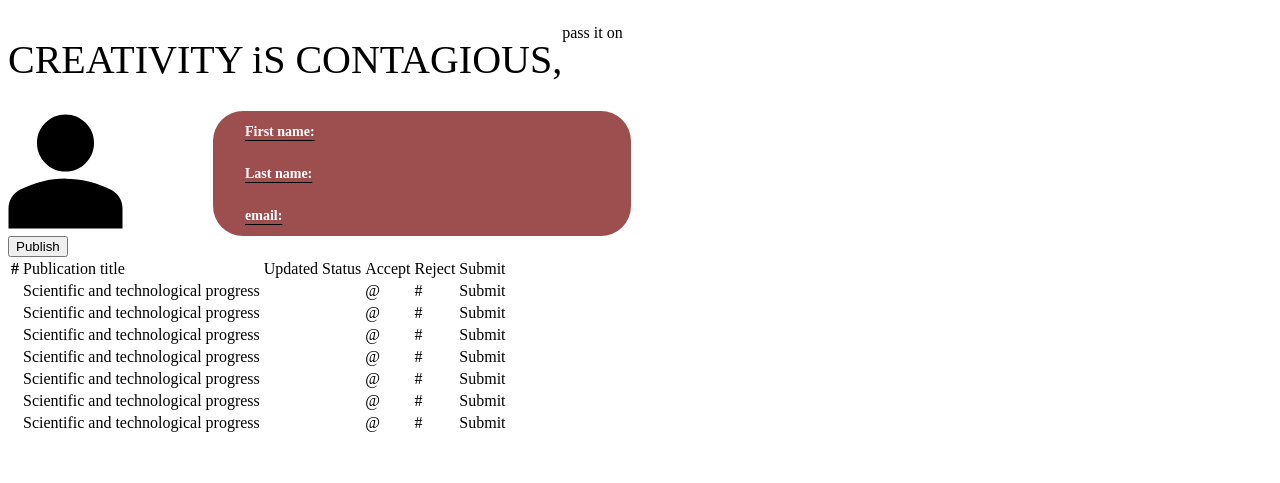
Repository: ceo-of-albeni/articles
Page: /
An editor plug-in stored every save of this project. The page is shown before and after the next save, followed by the edit.
The browser window is 1280 px wide. The pictures show the whole page.
The project was rebuilt for these pictures with package versions that can differ from the ones it lists, and the page was loaded fresh each time.

Above is the page before, as saved 2023-05-10 23:37:02.

### public/index.html
<!DOCTYPE html>
<html lang="en">
  <head>
    <meta charset="UTF-8" />
    <meta http-equiv="X-UA-Compatible" content="IE=edge" />
    <meta name="viewport" content="width=device-width, initial-scale=1.0" />
    <link rel="icon" href="%PUBLIC_URL%/favicon.ico" />
    <title>Scientist's room</title>
  </head>
  <body>
    <div id="root"></div>
  </body>
</html>

### src/App.js
import React from "react";
import Reviewer from "./reviewer's profil/reveiwer";

const App = () => {
  return (
    <>
      <div>
        <Reviewer/>
      </div>
    </>
  )
};

export default App;

### src/reviewer's profil/reveiwer.jsx
import "./reviewer.css";

export default function Reviewer() {
    return (
        <>
            <section className="reviewer_section">
                <div className="reviewer_thema">
                    <p className="upper ">CREATIVITY iS CONTAGIOUS,</p> <p className="lower text-3xl font-bold underline">pass it on</p>
                </div>
                <div className="reviewer_user">
                    <div className="user_logo">
                        <svg width="115" height="115" viewBox="0 0 115 115" fill="none" xmlns="http://www.w3.org/2000/svg">
                        <path d="M57.5 57.5C49.6625 57.5 42.9531 54.7094 37.3719 49.1281C31.7906 43.5469 29 36.8375 29 29C29 21.1625 31.7906 14.4531 37.3719 8.87188C42.9531 3.29063 49.6625 0.5 57.5 0.5C65.3375 0.5 72.0469 3.29063 77.6281 8.87188C83.2094 14.4531 86 21.1625 86 29C86 36.8375 83.2094 43.5469 77.6281 49.1281C72.0469 54.7094 65.3375 57.5 57.5 57.5ZM0.5 114.5V94.55C0.5 90.5125 1.54025 86.8004 3.62075 83.4136C5.70125 80.0269 8.461 77.4453 11.9 75.6688C19.2625 71.9875 26.7437 69.2254 34.3438 67.3824C41.9438 65.5394 49.6625 64.6202 57.5 64.625C65.3375 64.625 73.0563 65.5465 80.6562 67.3895C88.2562 69.2325 95.7375 71.9922 103.1 75.6688C106.544 77.45 109.306 80.034 111.386 83.4207C113.467 86.8075 114.505 90.5173 114.5 94.55V114.5H0.5Z" fill="black"/>
                        </svg>
                    </div>
                    <div className="user_data">
                        <p>First name:</p>
                        <p>Last name:</p>
                        <p>email:</p>
                    </div>
                </div>
                <div className="button_publish">
                    <button>
                        Publish
                    </button>
                </div>
                <div className="table">
                    <table>
                        <tr>
                            <th>#</th>
                            <td>Publication title </td>
                            <td>Updated</td>
                            <td>Status</td>
                            <td>Accept</td>
                            <td>Reject</td>
                            <td>Submit</td>
                        </tr>
                        <tr>
                            <td></td>
                            <td>Scientific and technological progress</td>
                            <td></td>
                            <td></td>
                            <td>@</td>
                            <td>#</td>
                            <td>Submit</td>
                        </tr>
                        <tr>
                            <td></td>
                            <td>Scientific and technological progress</td>
                            <td></td>
                            <td></td>
                            <td>@</td>
                            <td>#</td>
                            <td>Submit</td>
                        </tr>
                        <tr>
                            <td></td>
                            <td>Scientific and technological progress</td>
                            <td></td>
                            <td></td>
                            <td>@</td>
                            <td>#</td>
                            <td>Submit</td>
                        </tr>
                        <tr>
                            <td></td>
                            <td>Scientific and technological progress</td>
                            <td></td>
                            <td></td>
                            <td>@</td>
                            <td>#</td>
                            <td>Submit</td>
                        </tr>
                        <tr>
                            <td></td>
                            <td>Scientific and technological progress</td>
                            <td></td>
                            <td></td>
                            <td>@</td>
                            <td>#</td>
                            <td>Submit</td>
                        </tr>
                        <tr>
                            <td></td>
                            <td>Scientific and technological progress</td>
                            <td></td>
                            <td></td>
                            <td>@</td>
                            <td>#</td>
                            <td>Submit</td>
                        </tr>
                        <tr>
                            <td></td>
                            <td>Scientific and technological progress</td>
                            <td></td>
                            <td></td>
                            <td>@</td>
                            <td>#</td>
                            <td>Submit</td>
                        </tr>
                    </table>
                </div>
            </section>
        </>
    )
}

### src/reviewer's profil/reviewer.css
.reviewer_section .reviewer_thema {
  display: flex;
  text-align: center;
}
.reviewer_section .reviewer_thema .upper {
  font-family: Esteban;
  font-size: 40px;
  font-weight: 400;
  line-height: 23px;
  letter-spacing: 0em;
  text-align: center;
  font-family: Mr De Haviland;
  font-size: 65px;
  font-weight: 400;
  line-height: 23px;
  letter-spacing: 0em;
  text-align: center;
  font-family: Gabriela;
  font-size: 40px;
  font-weight: 400;
  line-height: 23px;
  letter-spacing: 0em;
  text-align: center;
}
.reviewer_section .reviewer_user {
  display: flex;
  align-items: center;
  gap: 90px;
}
.reviewer_section .reviewer_user .user_data {
  width: 418px;
  height: 125px;
  left: 274px;
  top: 274px;
  background: #9D4F4F;
  border-radius: 30px;
  display: flex;
  flex-direction: column;
  justify-content: center;
}
.reviewer_section .reviewer_user .user_data p {
  padding-left: 32px;
  font-family: Muller;
  font-size: 14px;
  font-weight: 700;
  line-height: 14px;
  letter-spacing: 0em;
  text-align: left;
  color: white;
  text-decoration: underline;
  text-underline-offset: 0.3em;
  text-decoration-color: black;
}/*# sourceMappingURL=reviewer_20230510233702.css.map */

Loaded but not shown: src/index.js (common file)

After the next save:
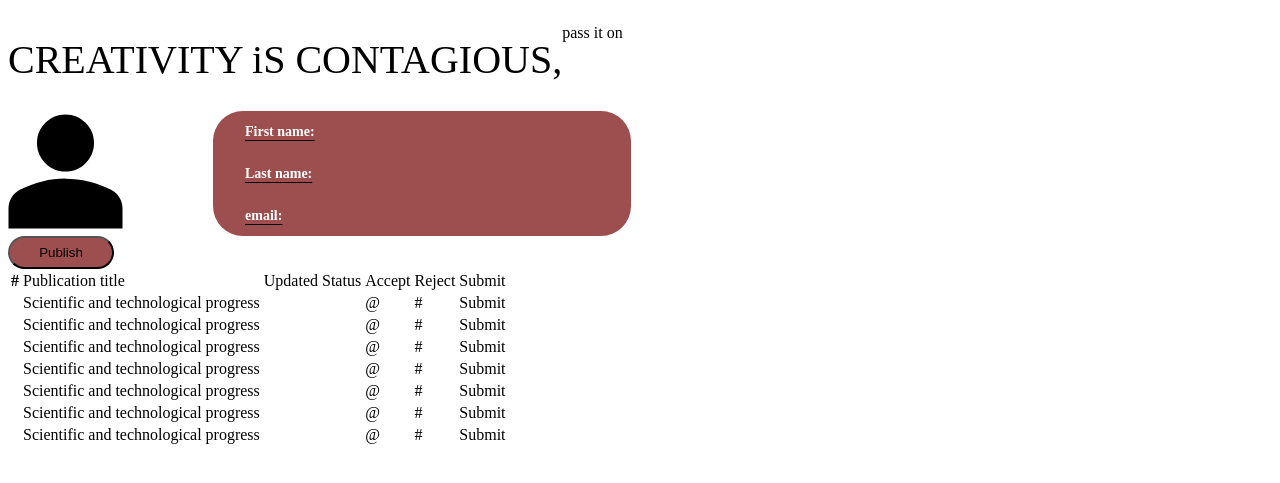
Saved 25 s later.
--- a/src/reviewer's profil/reviewer.css
+++ b/src/reviewer's profil/reviewer.css
@@ -50,4 +50,12 @@
   text-decoration: underline;
   text-underline-offset: 0.3em;
   text-decoration-color: black;
-}/*# sourceMappingURL=reviewer_20230510233702.css.map */
+}
+.reviewer_section .button_publish button {
+  width: 106px;
+  height: 33px;
+  left: 43px;
+  top: 457px;
+  background: #9D4F4F;
+  border-radius: 36.5px;
+}/*# sourceMappingURL=reviewer_20230510233727.css.map */
